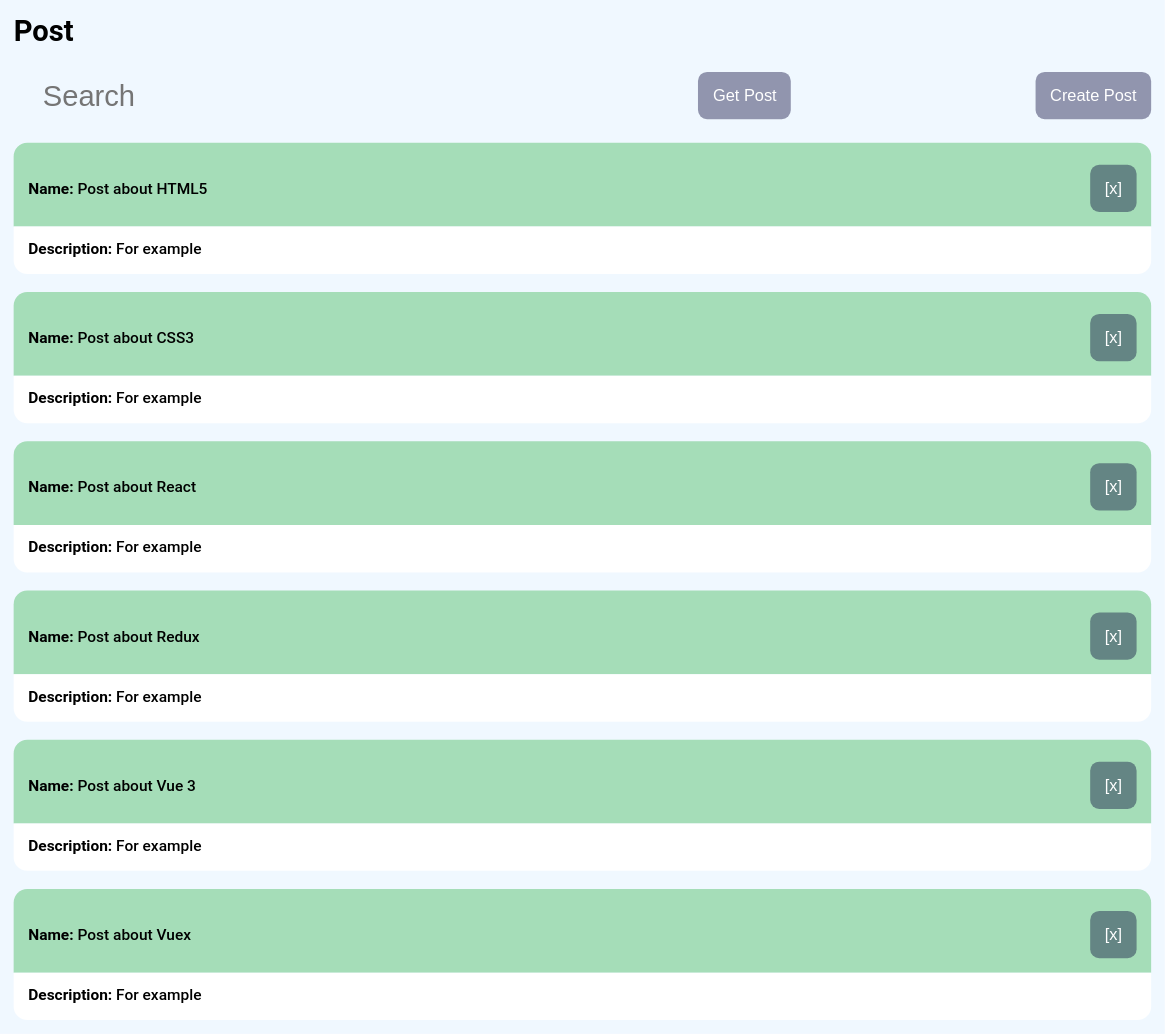
Repository: Axeliriya/vue-todo
Page: /
An editor plug-in stored every save of this project. The page is shown before and after the next save, followed by the edit.
The browser window is 1280 px wide. The pictures show the whole page, at 91% of full size.
The project was rebuilt for these pictures with package versions that can differ from the ones it lists, and the page was loaded fresh each time. Also part of the build but not shown: vue.config.js, src/components/PostForm.vue.

Above is the page before, as saved 2022-04-02 01:18:44.

After the next save:
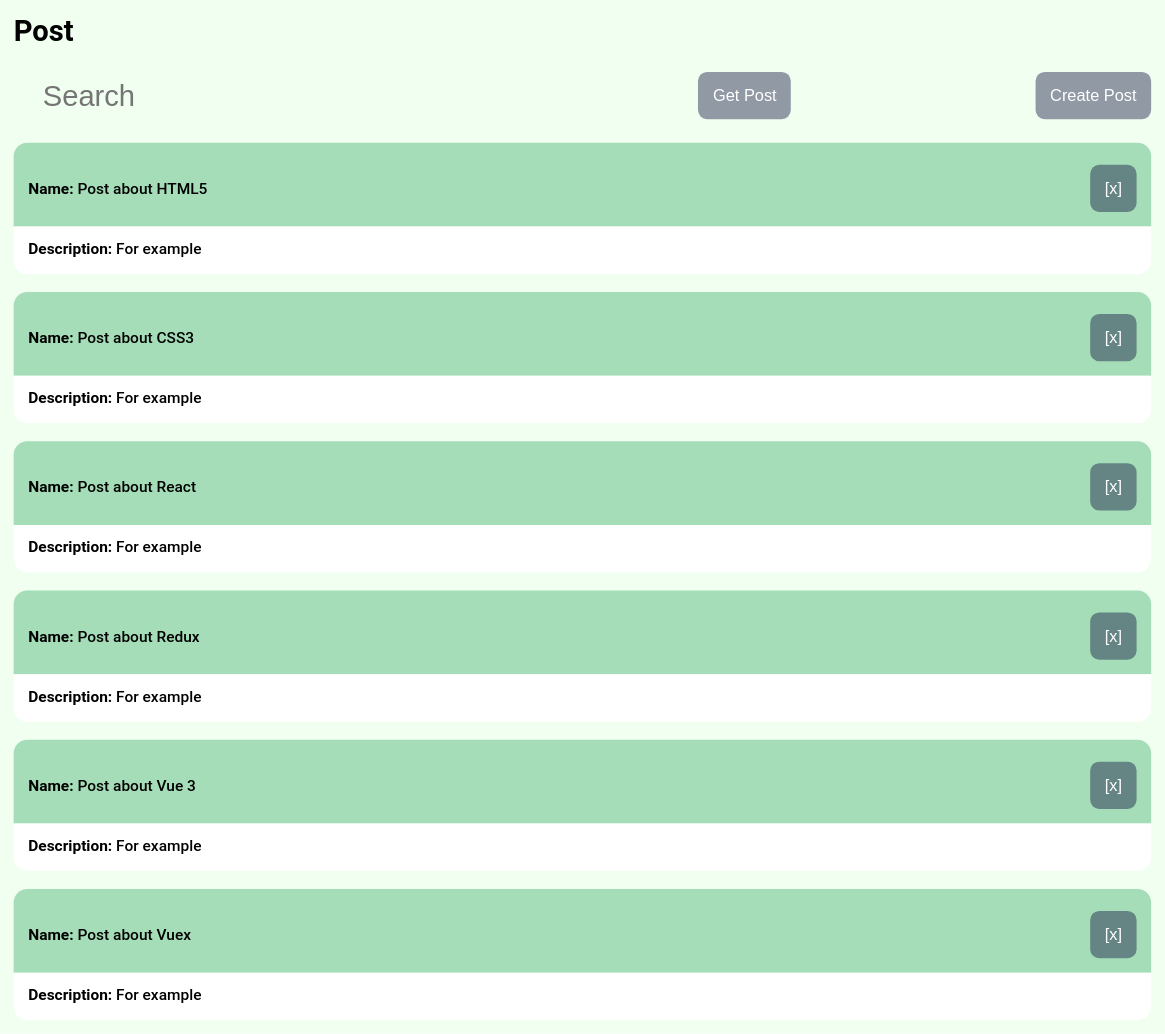
Saved 31 s later.
--- a/src/App.vue
+++ b/src/App.vue
@@ -88,7 +88,7 @@ img {
   display: grid;
   grid-template-columns: auto 1fr auto;
   padding: 15px;
-  background-color: aliceblue;
+  background-color: rgb(240, 255, 240);
 }
 
 .header {
